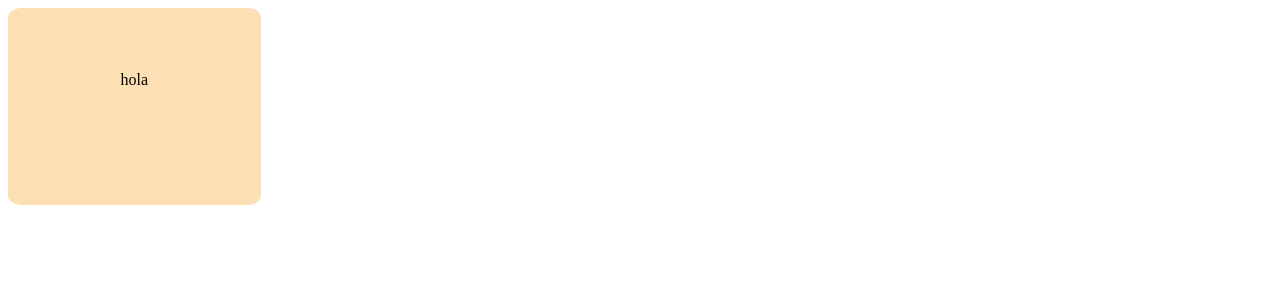
Repository: gabrielardevol/portfolio-react
Page: javascript_domestika/exercici_memory/html.html
These files come from the project's save history. The page is drawn as it stood at one moment and after the next save; the edit follows.
The browser window is 1280 px wide. The pictures show the whole page.

Above is the page before, as saved 2022-12-20 22:32:57.
Console error: TypeError: Cannot set properties of null (setting 'textContent')

### javascript_domestika/exercici_memory/html.html
<head>
  <meta charset="UTF-8">
  <style>
    .carta {
      border-radius: 5%;
      box-shadow: 1cm;
      padding: 5%;
      background-color: rgb(252, 223, 179);
      width: 10%;
      height: 10%;
      text-align: center;
    }
      </style>
</head>
<body>
  <div class = "carta"> hola </div>
  <script src = "js.js"></script>
</body>

### javascript_domestika/exercici_memory/js.js
arrayDeTargetas1 = ["🐷","🥵","🔥","🍆","💦","😛","👀","💋"]
text = document.querySelector("#text")
console.log(arrayDeTargetas1)
text.textContent = "adéu"

After the next save:
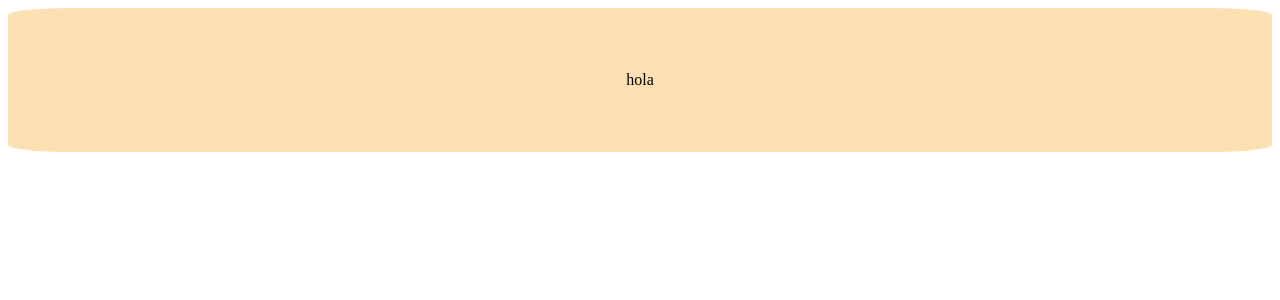
Saved 19 s later.
--- a/javascript_domestika/exercici_memory/html.html
+++ b/javascript_domestika/exercici_memory/html.html
@@ -6,8 +6,6 @@
       box-shadow: 1cm;
       padding: 5%;
       background-color: rgb(252, 223, 179);
-      width: 10%;
-      height: 10%;
       text-align: center;
     }
       </style>
